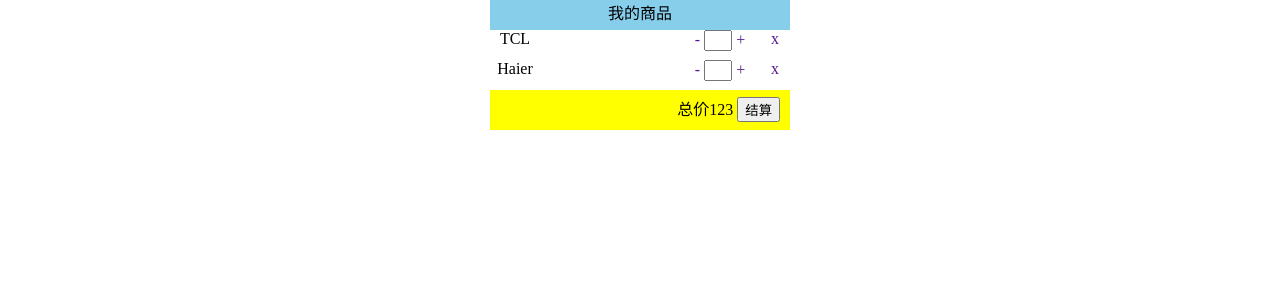
Repository: R1Deemo/Vue
Page: 10购物车.html
The author's editor kept a copy of each file at every save. The page is drawn from the files as they stood at one save, then again after the next save.
The browser window is 1280 px wide. The pictures show the whole page.

Above is the page before, as saved 2022-11-14 15:39:40.

### 10购物车.html
<!DOCTYPE html>
<html lang="en">

<head>
    <meta charset="UTF-8">
    <meta http-equiv="X-UA-Compatible" content="IE=edge">
    <meta name="viewport" content="width=device-width, initial-scale=1.0">
    <title>Document</title>
    <link rel="stylesheet" href="/css/购物车.css">
</head>

<body>
    <div id="app">
        <div class="container">
            <my-cart></my-cart>
        </div>
    </div>
    <script src="https://cdn.jsdelivr.net/npm/vue/dist/vue.js"></script>
    <script>
        var CartTitle = {
            template: `<div class="title">我的商品</div>`
        }
        var CartList = {
            template: `
            <div id='main'>
                <div class='item'>
                    <div class="name">TCL</div>
                    <div class="change">
                        <a href="">-</a>
                        <input type='text' class='num'/>
                        <a href="">+</a>
                    </div>
                    <div class='del'><a href="">x</a></div>
                </div>
                <div class='item'>
                    <div class="name">Haier</div>
                    <div class="change">
                        <a href="">-</a>
                        <input type='text' class='num'/>
                        <a href="">+</a>
                    </div>
                    <div class='del'><a href="">x</a></div>
                </div>
            </div>`

        }
        var CartTotal = {
            template: ` <div class="total">
                <div id='foot'><span>总价123</span>
                    <button>结算</button></div>

                </div>`
        }
        Vue.component('my-cart', {
            template: `
            <div  class="cart">
                <cart-title></cart-title>
                <cart-list></cart-list>
                <cart-total></cart-total>
                </div>
            `,
            components: {
                'cart-title': CartTitle,
                'cart-list': CartList,
                'cart-total': CartTotal,

            }
        })
        var vm = new Vue({
            el: '#app',
            data: {

            }
        })
    </script>
</body>

</html>

### css/购物车.css
body,
html {
    margin: 0;
    padding: 0;
}

.title {
    background-color: skyblue;
    height: 30px;
}

.container {
    margin: 0 auto;
    text-align: center;
}

.del {
    position: absolute;
    right: 10px;
    width: 10px;
}

.change {
    float: right;
    width: 80px;
    padding-right: 30px;
}

a {
    text-decoration: none;
}

.num {
    width: 20px;
}

.name {
    float: left;
    width: 50px;
}

.cart {
    width: 300px;
    height: 200px;
    margin: 0 auto;
}

.item {
    height: 30px;
    position: relative;
}

.total {
    background-color: yellow;
    width: 100%;
    height: 40px;
    position: relative;
}

#foot {
    position: absolute;
    right: 10px;
    line-height: 40px;
}

After the next save:
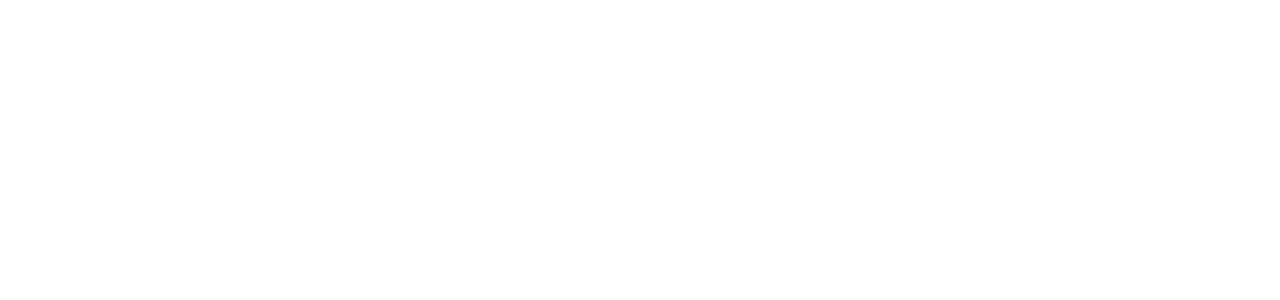
Console error: SyntaxError: Unexpected token '{'
Saved 2 min 13 s later.
--- a/10购物车.html
+++ b/10购物车.html
@@ -18,7 +18,8 @@
     <script src="https://cdn.jsdelivr.net/npm/vue/dist/vue.js"></script>
     <script>
         var CartTitle = {
-            template: `<div class="title">我的商品</div>`
+            props: ['uname'],
+            template: `<div class="title">{{uname}}的商品</div>`
         }
         var CartList = {
             template: `
@@ -52,9 +53,14 @@
                 </div>`
         }
         Vue.component('my-cart', {
+            data: {
+                return {
+                    uname: '张三'
+                }
+            }
             template: `
             <div  class="cart">
-                <cart-title></cart-title>
+                <cart-title :uname='uname'></cart-title>
                 <cart-list></cart-list>
                 <cart-total></cart-total>
                 </div>

After the 4 saves that followed:
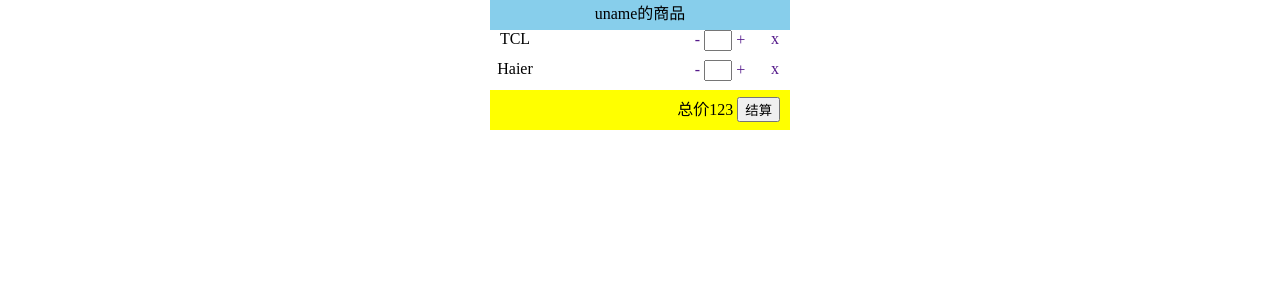
The error is gone.
The 4 saves are shown as one change because 3 left the picture as it was.
The last was saved 91 s later.
--- a/10购物车.html
+++ b/10购物车.html
@@ -19,7 +19,7 @@
     <script>
         var CartTitle = {
             props: ['uname'],
-            template: `<div class="title">{{uname}}的商品</div>`
+            template: `<div class="title">uname的商品</div>`
         }
         var CartList = {
             template: `
@@ -53,11 +53,11 @@
                 </div>`
         }
         Vue.component('my-cart', {
-            data: {
+            data: function() {
                 return {
-                    uname: '张三'
+                    uname: '张三',
                 }
-            }
+            },
             template: `
             <div  class="cart">
                 <cart-title :uname='uname'></cart-title>
